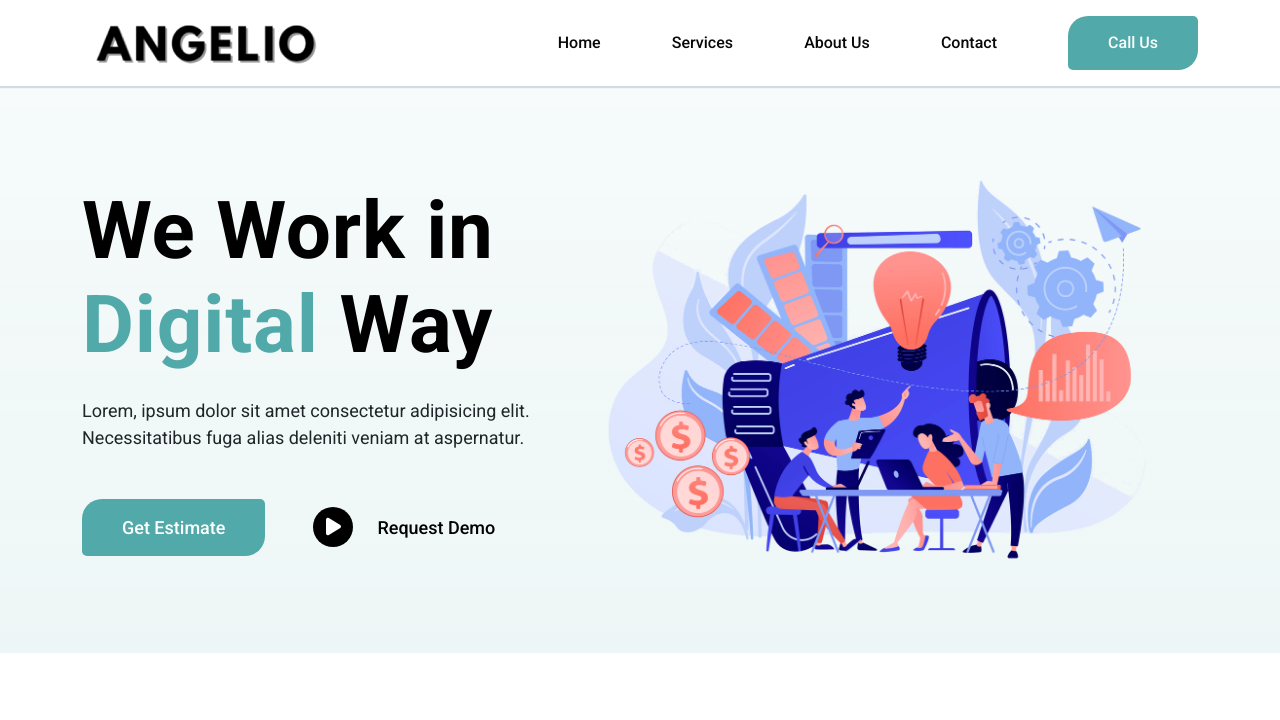
Repository: nazmulalok/landing-page-angelio
Page: index.html
An editor plug-in stored every save of this project. The page is shown before and after the next save, followed by the edit.
The browser window is 1280 px wide. The pictures show the whole page.

Above is the page before, as saved 2022-09-09 21:37:52.

### index.html
<!DOCTYPE html>
<html lang="en">

    <head>
        <meta charset="UTF-8">
        <meta http-equiv="X-UA-Compatible" content="IE=edge">
        <meta name="viewport" content="width=device-width, initial-scale=1.0">
        <title>Landing Page</title>
        <link rel="preconnect" href="https://fonts.googleapis.com">
        <link rel="preconnect" href="https://fonts.gstatic.com" crossorigin>
        <link rel="stylesheet" href="https://cdnjs.cloudflare.com/ajax/libs/font-awesome/6.2.0/css/all.min.css"
            integrity="sha512-xh6O/CkQoPOWDdYTDqeRdPCVd1SpvCA9XXcUnZS2FmJNp1coAFzvtCN9BmamE+4aHK8yyUHUSCcJHgXloTyT2A=="
            crossorigin="anonymous" referrerpolicy="no-referrer" />
        <link
            href="https://fonts.googleapis.com/css2?family=Roboto:ital,wght@0,300;0,400;0,500;0,700;0,900;1,300;1,400;1,500;1,700;1,900&display=swap"
            rel="stylesheet">
        <link href="https://cdn.jsdelivr.net/npm/bootstrap@5.2.0/dist/css/bootstrap.min.css" rel="stylesheet"
            integrity="sha384-gH2yIJqKdNHPEq0n4Mqa/HGKIhSkIHeL5AyhkYV8i59U5AR6csBvApHHNl/vI1Bx" crossorigin="anonymous">
        <link rel="stylesheet" href="style.css">
    </head>

    <body>
        <header>
            <nav>
                <div class="container">
                    <div class="row align-items-center">
                        <div class="col-lg-5">
                            <div class="logo">
                                <a href="/"><img src="images/angelio-logo.png" alt="Angelio Logo" width="250"
                                        height="66"></a>
                            </div>
                        </div>
                        <div class="col-lg-7 d-flex justify-content-end">
                            <ul>
                                <li><a href="/">Home</a></li>
                                <li><a href="/services.html">Services</a></li>
                                <li><a href="/about-us.html">About Us</a></li>
                                <li><a href="/contact.html">Contact</a></li>
                                <li class="nav-cta"><a href="tel:000-000-0000">Call Us</a></li>
                            </ul>
                        </div>
                    </div>
                </div>
            </nav>
        </header>
        <section class="sec-padding banner-sec">
            <div class="container">
                <div class="row align-items-center">
                    <div class="col-lg-7 order-lg-last">
                        <img src="images/angelio-digital-marketing.png" alt="">
                    </div>
                    <div class="col-lg-5">
                        <div class="large-heading">We Work in <span class="color-text">Digital</span> Way</div>
                        <p>Lorem, ipsum dolor sit amet consectetur adipisicing elit. Necessitatibus fuga alias deleniti
                            veniam at aspernatur.</p>
                        <div class="d-flex align-items-center mt-5"><a href="/contact-us" class="main-btn me-5">Get
                                Estimate</a>
                            <a href="/contact-us" class="play-btn"><i class="fas fa-play me-4"></i>Request Demo</a>
                        </div>
                    </div>
                </div>
            </div>
        </section>


        <script src="https://cdn.jsdelivr.net/npm/bootstrap@5.2.0/dist/js/bootstrap.bundle.min.js"
            integrity="sha384-A3rJD856KowSb7dwlZdYEkO39Gagi7vIsF0jrRAoQmDKKtQBHUuLZ9AsSv4jD4Xa"
            crossorigin="anonymous"></script>
    </body>

</html>

### style.css
:root {
    --primary-color: #52a9a9;
    --secondary-color: #000000;
    --main-font: 'Roboto', sans-serif;
}

body {
    font-family: var(--main-font);
}

nav {
    padding: 10px 0px;
    box-shadow: 0 1px 1px 1px #14477e2b;
}

nav ul {
    list-style-type: none;
    display: flex;
    justify-content: flex-end;
    margin: 0;
    padding: 0;
    align-items: center;
    gap: 20%;
    white-space: nowrap;
}

nav ul li a {
    color: #080808;
    text-decoration: none;
    display: block;
    position: relative;
    font-weight: 500;
}

nav ul li a:hover {
    color: #52a9a9;
}

li.nav-cta a {
    background: #008080ad;
    padding: 15px 40px;
    color: #fff;
    border-radius: 20px 5px;
    transition: all 0.3s ease;
}

li.nav-cta a:hover {
    background: #000;
    color: #fff;
    border-radius: 5px 20px;
    transition: all 0.3s ease;
}

li.nav-cta a:before {
    content: "";
    width: 0%;
    height: 0px;
    position: absolute;
    left: 0;
    bottom: 0;
    transition: none;
    transform: none;
    background: none;
    transform-origin: 0%;
}

li.nav-cta a:hover:before {
    transform: none;
    transform-origin: 0%;
}

nav ul li a:before {
    content: "";
    width: 100%;
    height: 2px;
    position: absolute;
    left: 0;
    bottom: 0;
    transition: 0.4s transform ease;
    transform: scale3d(0, 1, 1);
    background: #52a9a9;
    transform-origin: 100% 50%;
}

nav ul li a:hover::before {
    transform: scale3d(1, 1, 1);
    transform-origin: 0 50%;
}

.sec-padding {
    padding: 70px 0px;
}

.banner-sec {
    background-image: linear-gradient(rgb(82 169 169 / 5%), rgb(82 169 169 / 10%));
    background-size: cover;
    background-position: center;
}

.banner-sec img {
    width: 100%;
}

.large-heading {
    font-size: 80px;
    color: #000;
    font-weight: 600;
    letter-spacing: 0.8px;
    line-height: normal;
    margin-bottom: 25px;
}

.banner-sec p {
    font-size: 18px;
}

.color-text {
    color: var(--primary-color);
}

a.main-btn {
    color: #fff;
    background: #52a9a9;
    padding: 15px 40px;
    font-weight: 500;
    font-size: 18px;
    text-decoration: none;
    border-radius: 20px 5px;
    transition: all 0.3s ease;
}

a.main-btn:hover {
    background: #000;
    color: #fff;
    border-radius: 5px 20px;
    transition: all 0.3s ease;
}

a.play-btn {
    display: inline-flex;
    align-items: center;
    justify-content: center;
    color: #000;
    text-decoration: none;
    font-weight: 500;
    font-size: 18px;
}

.play-btn .fa-play {
    width: 40px;
    height: 40px;
    color: #fff;
    font-size: 20px;
    background: #000;
    display: inline-flex;
    align-items: center;
    justify-content: center;
    border-radius: 50%;
    transition: all 0.3s ease;
}

.play-btn .fa-play:hover {
    background: #52a9a9;
}

After the next save:
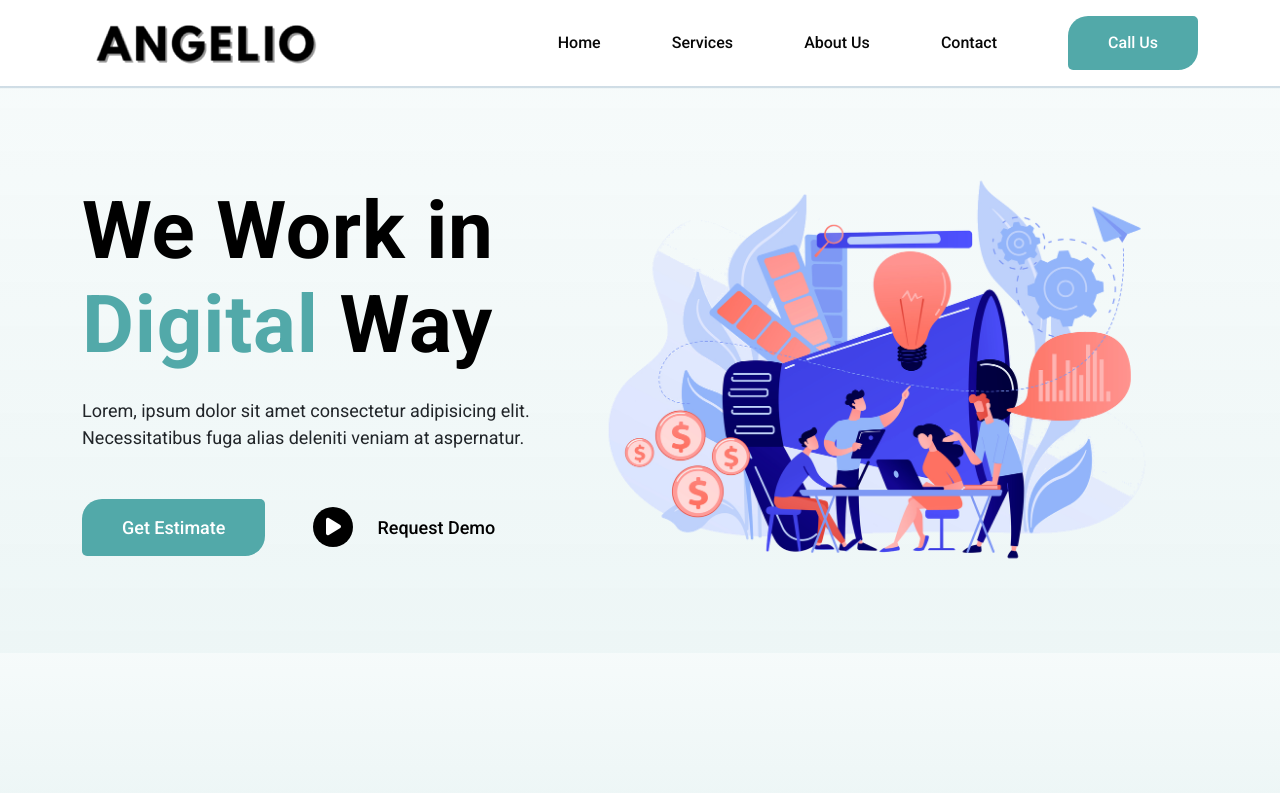
Saved 60 min 47 s later.
--- a/index.html
+++ b/index.html
@@ -61,6 +61,10 @@
                 </div>
             </div>
         </section>
+        <section class="sec-padding banner-sec">
+            <div class="container">
+            </div>
+        </section>
 
 
         <script src="https://cdn.jsdelivr.net/npm/bootstrap@5.2.0/dist/js/bootstrap.bundle.min.js"
